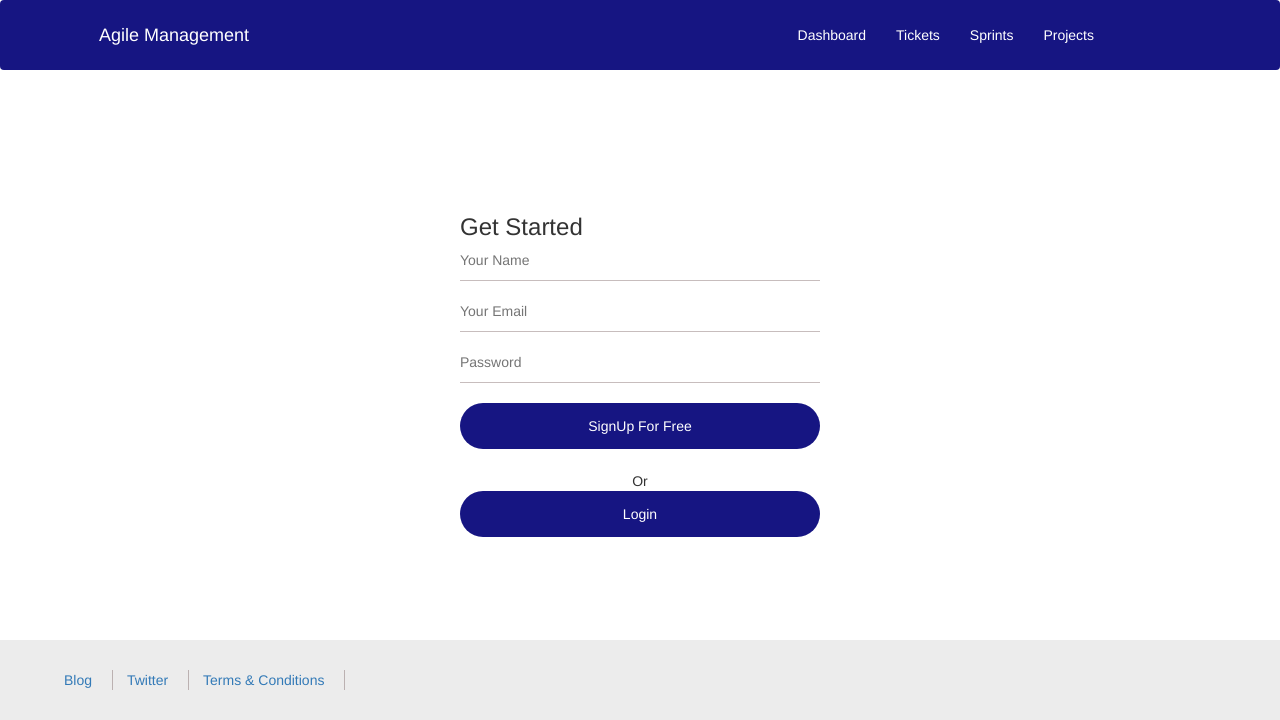
Repository: princexavier/agil
Page: http://localhost/Agile/
An editor plug-in stored every save of this project. The page is shown before and after the next save, followed by the edit.
The browser window is 1280 px wide. The pictures show the whole page.
Some web libraries are served in a nearby version. The page is served by Tomcat 9.

Above is the page before, as saved 2018-01-19 04:58:08.

After the next save:
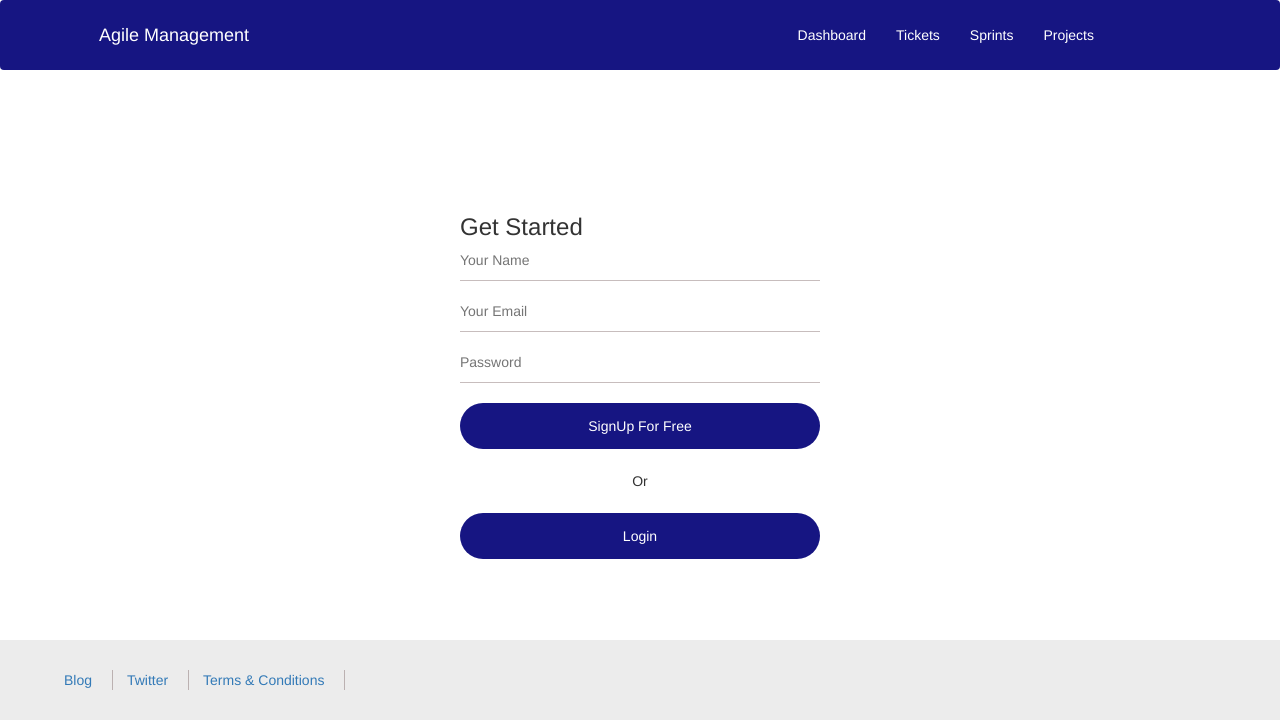
Saved 10 s later.
--- a/workspace/Agile/WebContent/css/style.css
+++ b/workspace/Agile/WebContent/css/style.css
@@ -25,7 +25,7 @@
 }
 .reg-form >span{
 	display:block;
-	padding-top:22px;
+	padding:22px;
 	text-align:center;
 }
 .reg-form input {

After the save that followed:
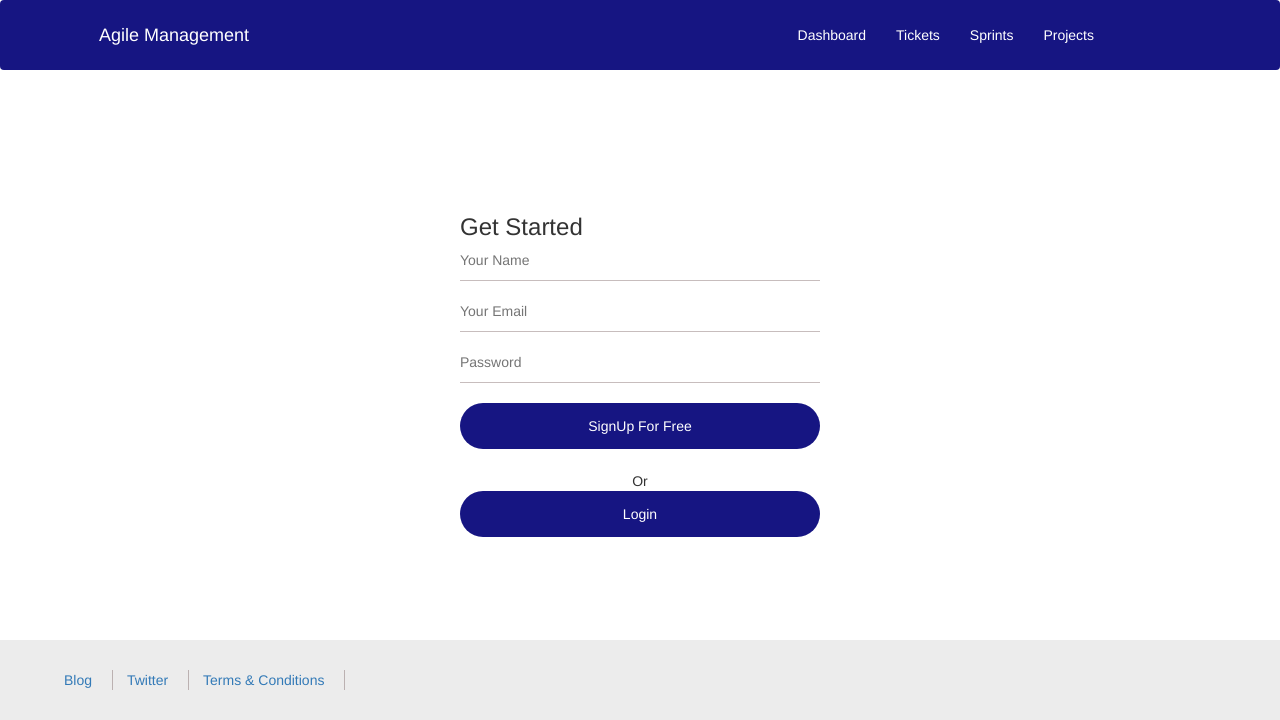
Saved 5 s later.
--- a/workspace/Agile/WebContent/css/style.css
+++ b/workspace/Agile/WebContent/css/style.css
@@ -25,7 +25,7 @@
 }
 .reg-form >span{
 	display:block;
-	padding:22px;
+	padding-top:22px;
 	text-align:center;
 }
 .reg-form input {
